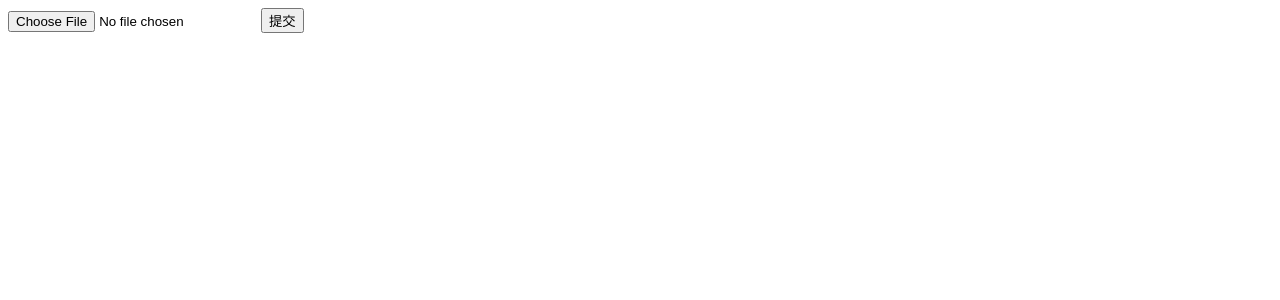
Repository: wfj01/Qmhht
Page: /#/Upload
The author's editor kept a copy of each file at every save. The page is drawn from the files as they stood at one save, then again after the next save.
The browser window is 1280 px wide. The pictures show the whole page.
The project was rebuilt for these pictures with package versions that can differ from the ones it lists, and the page was loaded fresh each time. Also part of the build but not shown: src/components/HelloWorld.vue, src/view/msite.vue, src/view/index/index.vue, src/view/index/home/home.vue, src/view/login/login.vue, src/components/add/adduser.vue, src/view/table/table.vue.

Above is the page before, as saved 2021-01-16 15:32:24.
Console error: TypeError: Cannot read properties of undefined (reading 'protocol')

After the next save:
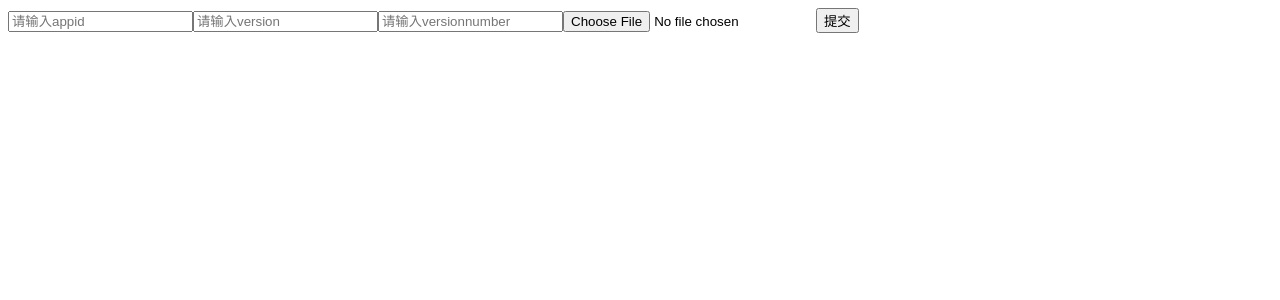
Saved 5 min 44 s later.
--- a/src/view/uploadfile/index.vue
+++ b/src/view/uploadfile/index.vue
@@ -1,8 +1,9 @@
 <template>
   <!--文件上传表单-->
   <form>
-    <!-- <input type="text" value="" v-model="name" placeholder="请输入用户名" /> -->
-    <!-- <input type="text" value="" v-model="age" placeholder="请输入年龄" /> -->
+    <input type="text" value="" v-model="appid" placeholder="请输入appid" />
+    <input type="text" value="" v-model="version" placeholder="请输入version" />
+    <input type="text" value="" v-model="versionnumber" placeholder="请输入versionnumber" />
     <input type="file" @change="getFile($event)" />
     <!-- <input type="file" @change="getFile2($event)" /> -->
     <button @click="submit($event)">提交</button>
